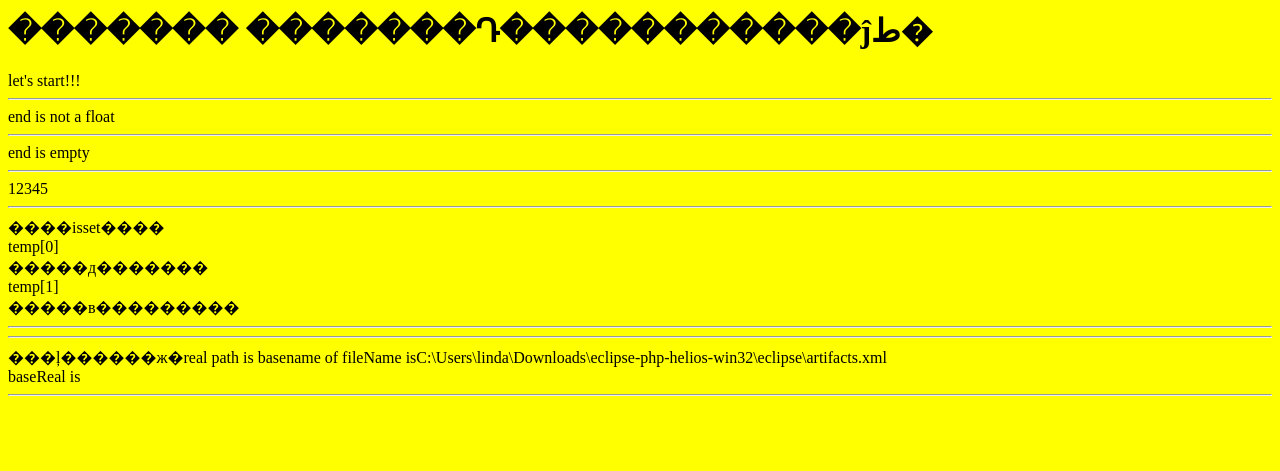
Repository: hanliyao/HelloWorld
Page: http://localhost/core/Common/testUnit.php
An editor plug-in stored every save of this project. The page is shown before and after the next save, followed by the edit.
The browser window is 1280 px wide. The pictures show the whole page.
The page is run by PHP 8.4 with error messages shown; the project is at /var/www/html/.

Above is the page before, as saved 2016-02-05 02:39:57.

### HelloWorld/core/Common/testUnit.php
<!DOCTYPE unspecified PUBLIC "-//W3C//DTD HTML 4.01 Transitional//EN" "http://www.w3.org/TR/html4/loose.dtd">

<html>
    <head>
        <title>덜쯤꿎桿묏야女충</title>
        <style type="text/css">
        body{
            background-color:yellow;
        }
    </style>
    </head>

    <body>
        <h1>侶몸꼬롸 痰윱꿎桿덜쯤櫓唐狂痙돨뒈렘</h1>
        <?php
            echo "let's start!!!<br>";
            echo "<hr>";
            $end = '';
            if(is_float($end))
            {
                echo "end is float<br>";
            }else {
                echo "end is not a float<br>";
            }
            echo "<hr>";

           //꿎桿$end 角뤠槨왕
           if(empty($end))
           {
               echo "end is empty<br>";
           }else {
               echo "end is not empty<br>";
           }
           echo "<hr>";

           //뚤鑒莉돨쏵契꿎桿
           $_info = array();
           $_start = 'hello';
           $_info[$_start] = 12345;
           echo "$_info[$_start]<br>";
           echo "<hr>";
           //繫법뚤鑒莉돨꿎桿，랙君鑒莉돨苟깊옵鹿角俚륜눔，
           //怜狼뒤랗늴못놔宮壇돨苟깊，橙옵鹿혤놔俚륜눔櫓돨코휭

           //꿎桿isset변鑒
           echo "꿎桿isset변鑒<br>";
           $temp = array();
           $temp[0]="hello world";
           echo "temp[0]<br>";
           if(isset($temp[0]))
           {
               echo "鑒莉櫓닸瞳鑒앴<br>";
           }else {
               echo "鑒莉櫓꼇닸瞳鑒앴<br>";
           }
           echo "temp[1]<br>";
           if(isset($temp[1]))
           {
               echo "鑒莉櫓닸瞳鑒앴<br>";
           }else {
               echo "鑒莉櫓꼇닸瞳鑒앴<br>";
           }
           echo "<hr>";

           echo "<hr>";
           echo "뚤匡숭鱗놔털뙤";
           $fileName = "C:\\Users\\linda\\Downloads\\eclipse-php-helios-win32\\eclipse\\artifacts.xml<br>";
           //---------------------------------------------------
           $reapath = realpath($fileName);
           echo "real path is ".$reapath;
           //---------------------------------------------------
           $base = basename($fileName);
           echo "basename of fileName is". $base;
           //---------------------------------------------------
           $baseReal = basename($reapath);
           echo  "baseReal is". $baseReal;
           //---------------------------------------------------
           echo "<hr>";

           ?>
    </body>
</html>

After the next save:
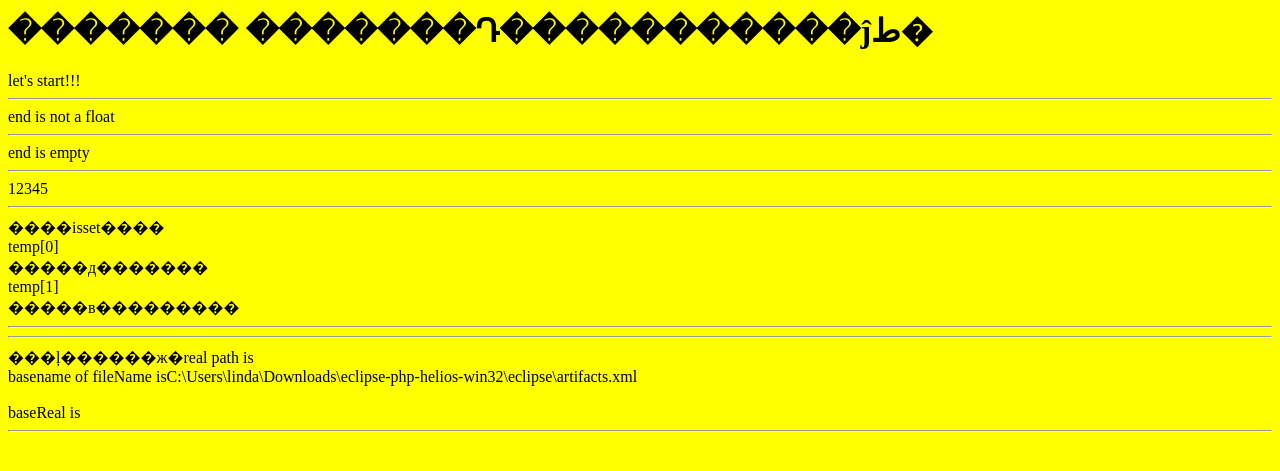
Saved 26 s later.
--- a/HelloWorld/core/Common/testUnit.php
+++ b/HelloWorld/core/Common/testUnit.php
@@ -68,12 +68,15 @@
            //---------------------------------------------------
            $reapath = realpath($fileName);
            echo "real path is ".$reapath;
+           echo "<br>";
            //---------------------------------------------------
            $base = basename($fileName);
            echo "basename of fileName is". $base;
+           echo "<br>";
            //---------------------------------------------------
            $baseReal = basename($reapath);
            echo  "baseReal is". $baseReal;
+           echo "<br>";
            //---------------------------------------------------
            echo "<hr>";
 
